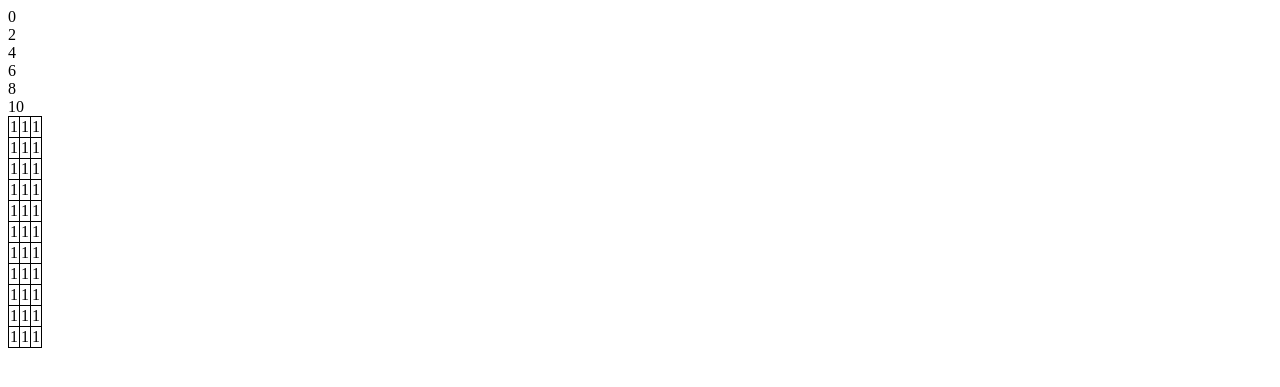
Repository: iwanttogohomenow/jspwork
Page: http://localhost/first/03_01_scriptliet02.jsp
The author's editor kept a copy of each file at every save. The page is drawn from the files as they stood at one save, then again after the next save.
The browser window is 1280 px wide. The pictures show the whole page.
The page is served by Tomcat 9.

Above is the page before, as saved 2023-03-06 06:06:52.

After the next save:
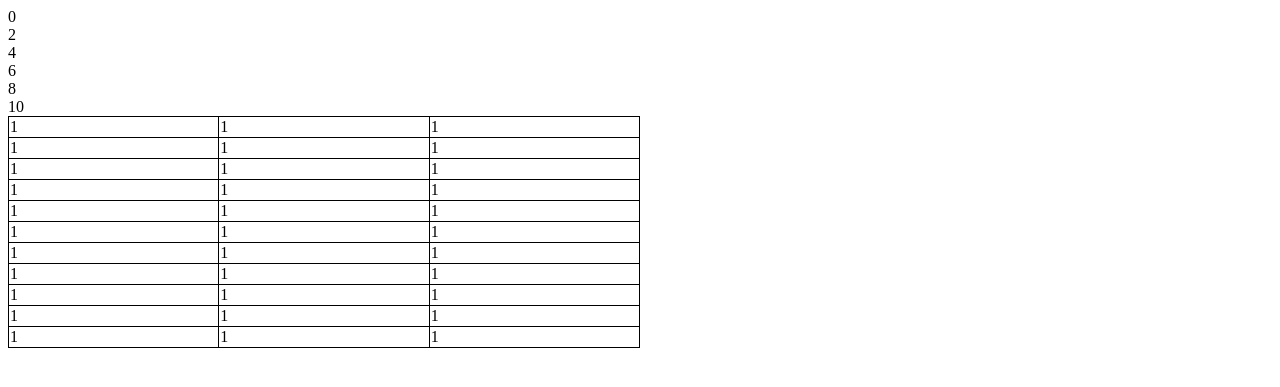
Saved 114 s later.
--- a/first/src/main/webapp/03_01_scriptliet02.jsp
+++ b/first/src/main/webapp/03_01_scriptliet02.jsp
@@ -6,7 +6,7 @@
 <meta charset="UTF-8">
 <title>Insert title here</title>
 <style>
-table {border-collapse: collapse; widht:50%;}
+table {border-collapse: collapse; width:50%;}
 td {border : 1px solid #000;}
 </style>
 </head>
